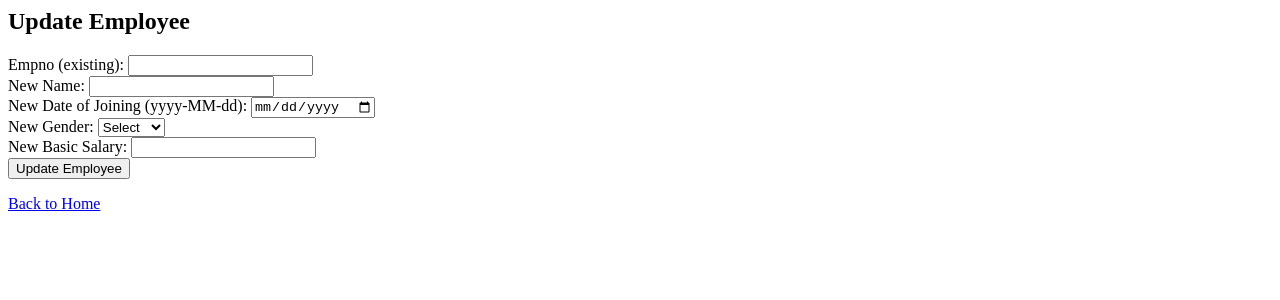
Repository: KUSUMA-74/Advance-JavaProject
Page: http://localhost/EmployeeWebApp/empupdate.jsp
These files come from the project's save history. The page is drawn as it stood at one moment and after the next save; the edit follows.
The browser window is 1280 px wide. The pictures show the whole page.
The page is served by Tomcat 9.

Above is the page before, as saved 2025-05-30 05:26:04.

After the next save:
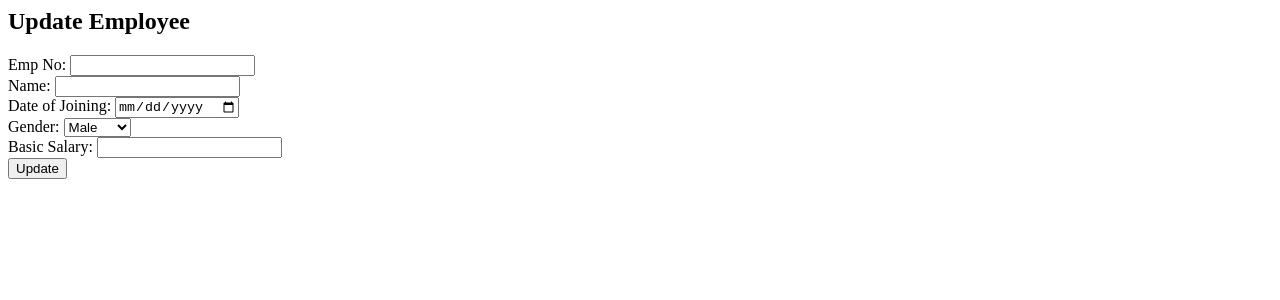
Saved 11 s later.
--- a/EmployeeWebApp/src/main/webapp/empupdate.jsp
+++ b/EmployeeWebApp/src/main/webapp/empupdate.jsp
@@ -1,21 +1,19 @@
+<%@ page language="java" contentType="text/html; charset=UTF-8" %>
 <html>
 <head><title>Update Employee</title></head>
 <body>
-<h2>Update Employee</h2>
-<form action="UpdateEmployeeServlet" method="post">
-    Empno (existing): <input type="number" name="empno" required /><br/>
-    New Name: <input type="text" name="empName" required /><br/>
-    New Date of Joining (yyyy-MM-dd): <input type="date" name="doj" required /><br/>
-    New Gender:
-    <select name="gender" required>
-        <option value="">Select</option>
-        <option value="Male">Male</option>
-        <option value="Female">Female</option>
-        <option value="Other">Other</option>
-    </select><br/>
-    New Basic Salary: <input type="number" step="0.01" name="bsalary" required /><br/>
-    <input type="submit" value="Update Employee" />
-</form>
-<a href="index.jsp">Back to Home</a>
+    <h2>Update Employee</h2>
+    <form action="UpdateEmployeeServlet" method="post">
+        Emp No: <input type="number" name="empno" required><br>
+        Name: <input type="text" name="empName" required><br>
+        Date of Joining: <input type="date" name="doj" required><br>
+        Gender:
+        <select name="gender">
+            <option value="Male">Male</option>
+            <option value="Female">Female</option>
+        </select><br>
+        Basic Salary: <input type="number" name="bsalary" step="0.01" required><br>
+        <input type="submit" value="Update">
+    </form>
 </body>
 </html>
